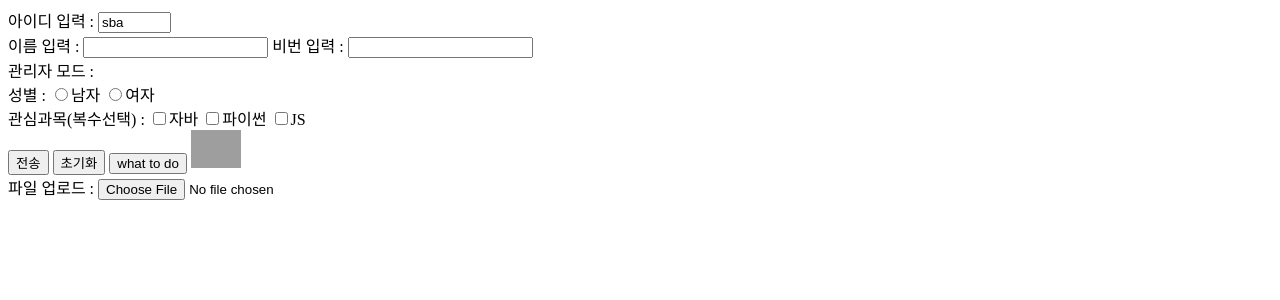
Repository: Kray273/JSLab
Page: html/src/main/webapp/Day97/formtag4.html
These files come from the project's save history. The page is drawn as it stood at one moment and after the next save; the edit follows.
The browser window is 1280 px wide. The pictures show the whole page.
Pictures or frames that could not be fetched are drawn as grey boxes.

Above is the page before, as saved 2022-11-25 01:17:36.

### html/src/main/webapp/Day97/formtag4.html
<!DOCTYPE html>
<html>
<head>
<meta charset="UTF-8">
<title>FormTag4</title>
</head>
<body>


<form action="http://localhost:8080/html/a.jsp">
 아이디 입력 : <input type="text" name="id" maxlength="10" size="6" value="sba" readonly><br>
 이름 입력 : <input type="text" name="name" >
 비번 입력 : <input type="password" name="pw"><br>
 관리자 모드 : <input type="hidden" value="admin" id="html/css/js" name="jsp"><br>

 성별 :
 <input type="radio" value="man" name="gender">남자
 <input type="radio" value="women" name="gender">여자
 <br>

 관심과목(복수선택) :
 <input type="checkbox" value="java" name="like">자바
 <input type="checkbox" value="Python" name="like">파이썬
 <input type="checkbox" value="js" name="like">JS
 <br>

 <input type="submit" value="전송">
 <input type="reset" value="초기화">
 <input type="button" value="what to do">
 <input type="image" src="../img/html5.jpg" width="50">
 <br>

 파일 업로드 : <input type="file" name="myfile">
</form>


</body>
</html>

After the next save:
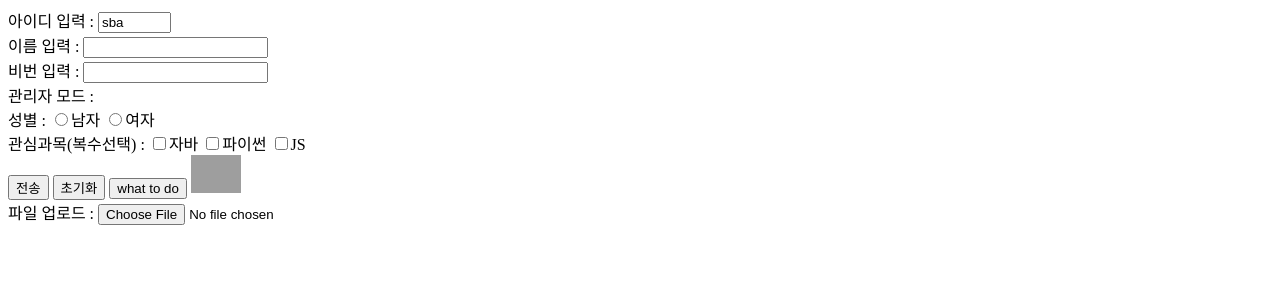
Saved 8 s later.
--- a/html/src/main/webapp/Day97/formtag4.html
+++ b/html/src/main/webapp/Day97/formtag4.html
@@ -9,7 +9,7 @@
 
 <form action="http://localhost:8080/html/a.jsp">
  아이디 입력 : <input type="text" name="id" maxlength="10" size="6" value="sba" readonly><br>
- 이름 입력 : <input type="text" name="name" >
+ 이름 입력 : <input type="text" name="name" ><br>
  비번 입력 : <input type="password" name="pw"><br>
  관리자 모드 : <input type="hidden" value="admin" id="html/css/js" name="jsp"><br>
 
